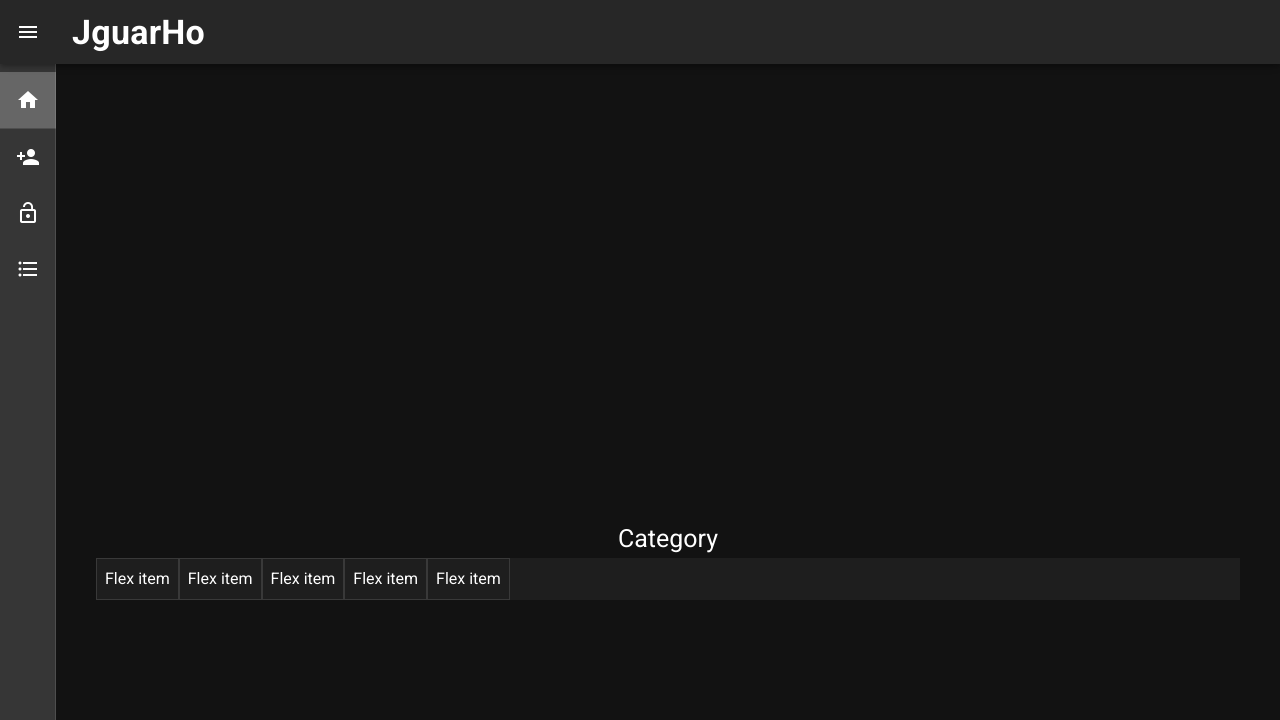
Repository: agent501/MRMS
Page: /
An editor plug-in stored every save of this project. The page is shown before and after the next save, followed by the edit.
The browser window is 1280 px wide. The pictures show the whole page.
The page's requests for data from a server got no answer. The project was rebuilt for these pictures with package versions that can differ from the ones it lists, and the page was loaded fresh each time. No one was signed in, and anything a server would have sent is missing. Also part of the build but not shown: vue.config.js, src/components/Product/products.vue, src/components/Product/product.vue, src/components/Product/createproduct.vue, src/components/User/signin.vue, src/components/User/signup.vue, src/components/User/profile.vue, src/components/Shared/Alert.vue and 2 more. Imported but missing from the stored project, and not drawn on this page: src/router/auth-guard.js.

Above is the page before, as saved 2020-08-05 11:18:02.

After the next save:
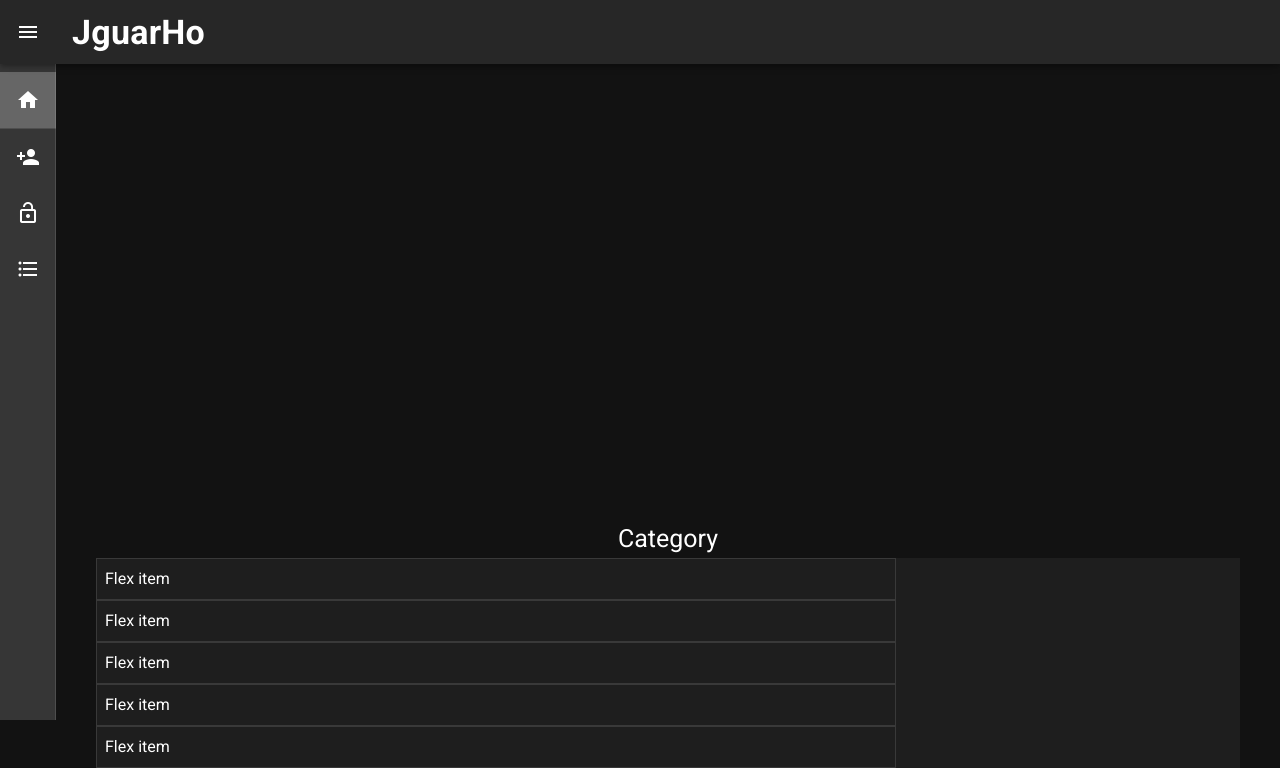
Saved 14 s later.
--- a/src/components/Home.vue
+++ b/src/components/Home.vue
@@ -36,7 +36,7 @@
     <div>
       <div class="mt-10 text-center" style="font-size:25px">Category</div>
       <div>
-        <v-card class="d-flex flex-wrap" flat tile>
+        <v-card class flat tile>
           <v-card
             v-for="n in 5"
             :key="n"

After the save that followed:
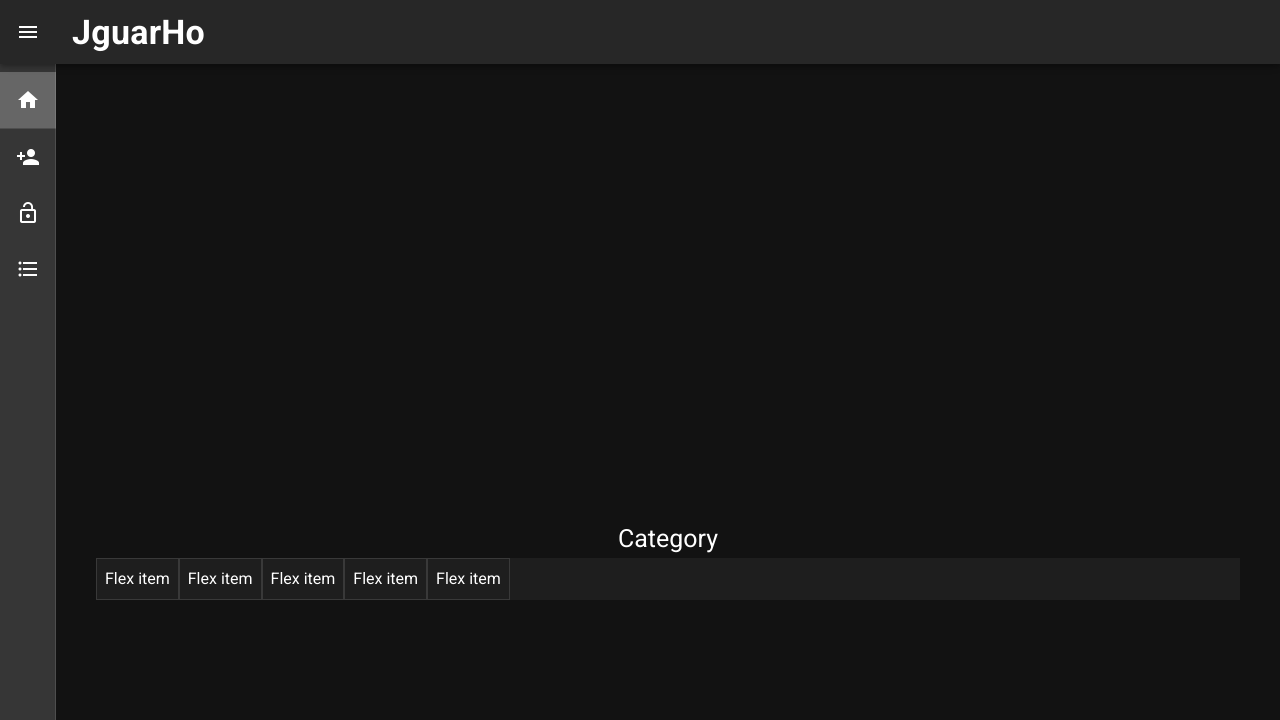
Saved 10 s later.
--- a/src/components/Home.vue
+++ b/src/components/Home.vue
@@ -36,7 +36,7 @@
     <div>
       <div class="mt-10 text-center" style="font-size:25px">Category</div>
       <div>
-        <v-card class flat tile>
+        <v-card class="d-flex flex-wrap" flat tile>
           <v-card
             v-for="n in 5"
             :key="n"
